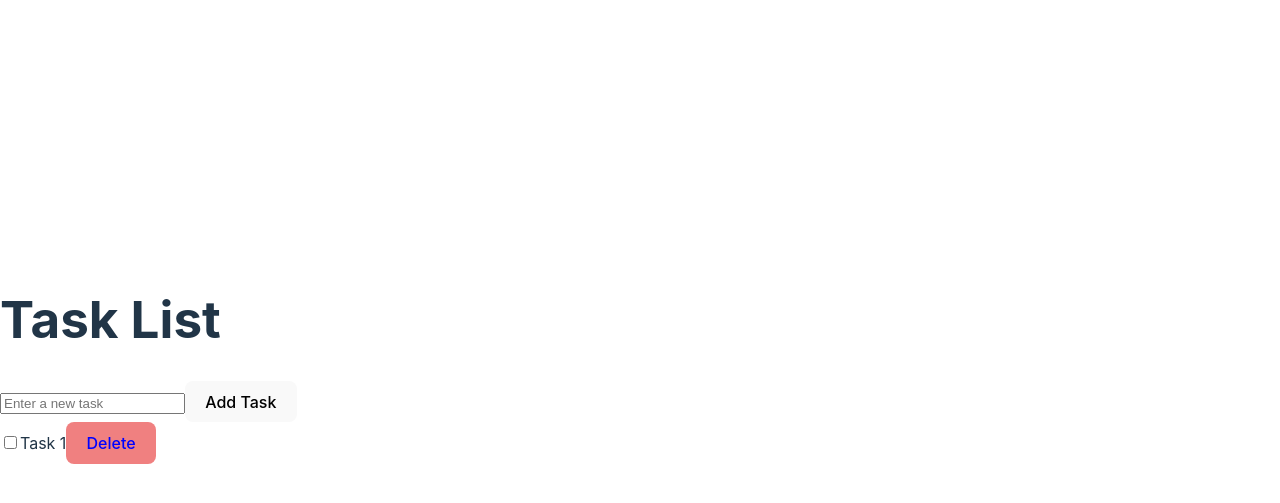
Repository: alemunden/Frontend-Lab4
Page: / (app in web-app/)
These files come from the project's save history. The page is drawn as it stood at one moment and after the next save; the edit follows.
The browser window is 1280 px wide. The pictures show the whole page.
The project was rebuilt for these pictures with package versions that can differ from the ones it lists, and the page was loaded fresh each time. Also part of the build but not shown: web-app/vite.config.js.

Above is the page before, as saved 2024-10-19 20:35:38.

After the next save:
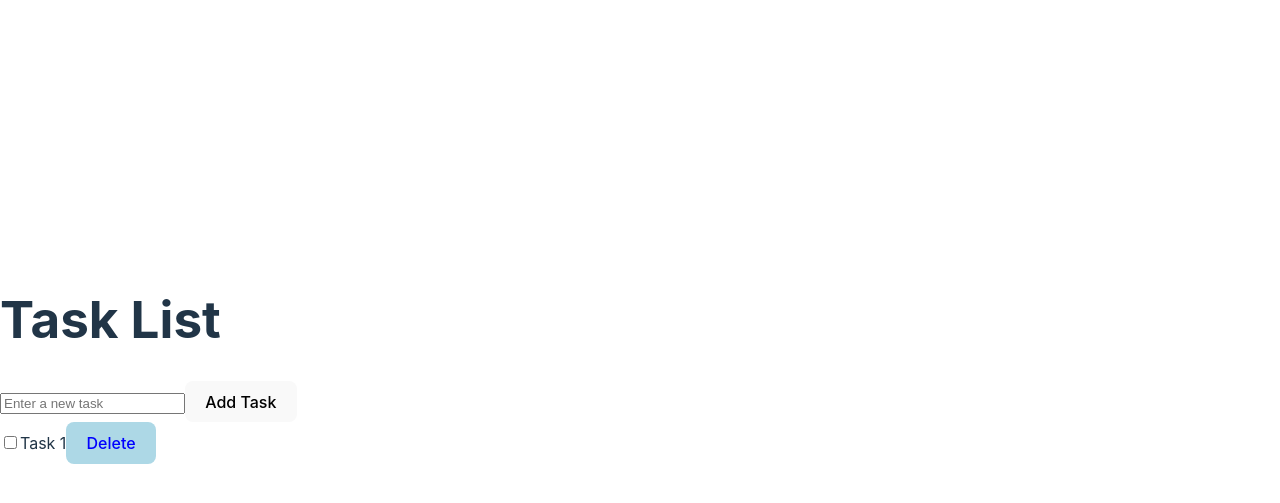
Saved 6 s later.
--- a/web-app/src/components/Task.jsx
+++ b/web-app/src/components/Task.jsx
@@ -14,7 +14,7 @@ function Task({ taskName, onDelete }) {
         onChange={toggleCompletion}
       />
       {taskName}
-      <button onClick={onDelete} id='deleteButton' style={{color: 'blue', backgroundColor: 'lightcoral'}}>Delete</button>
+      <button onClick={onDelete} id='deleteButton' style={{color: 'blue', backgroundColor: 'lightblue'}}>Delete</button>
     </div>
   );
 }
